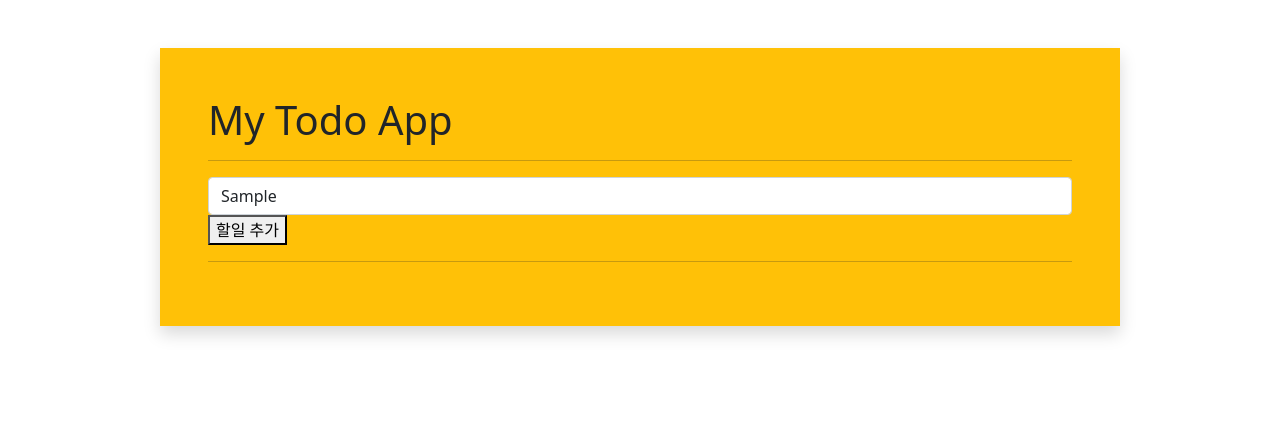
Repository: ineble/demo1
Page: http://localhost/test/todo.jsp
An editor plug-in stored every save of this project. The page is shown before and after the next save, followed by the edit.
The browser window is 1280 px wide. The pictures show the whole page.
Empty fields were first filled with sample values (such as "Sample", 5 or name@example.com).
After loading, the first visible `button` was clicked once.
The page is served by Tomcat 10. Other server files are loaded and not shown.

Above is the page before, as saved 2022-08-03 13:05:46.
Console error: TypeError: Cannot read properties of undefined (reading 'name')

### test/src/main/webapp/todo.jsp
<%@ page language="java" contentType="text/html; charset=EUC-KR"
    pageEncoding="EUC-KR"%>
<!DOCTYPE html>
<html>
<head>
<meta charset="EUC-KR">
<title>Insert title here</title>
<link href="https://cdn.jsdelivr.net/npm/bootstrap@5.0.2/dist/css/bootstrap.min.css" rel="stylesheet" integrity="sha384-EVSTQN3/azprG1Anm3QDgpJLIm9Nao0Yz1ztcQTwFspd3yD65VohhpuuCOmLASjC" crossorigin="anonymous">
</head>
<script type="text/javascript">
	function add() {
		let todo = document.div.name.value;
		let list = document.getElementById("todolist");
		let listitem = document.createElement("li")
		listitem.className = "d-flex list-group-item list-group-item-action list-group-item-warning";
		listitem.innerText = todo.value;
		list.appendChild(listitem);
	}
</script>
<body>
	<div class="container bg-warning shadow mx-auto mt-5 p-5 w-75">
	<h1>My Todo App</h1>
	<hr>
	<div id="todoForm">
	<input type="text" placeholder="할일을 입력하세요." class="form-control" name="todo">
	<button type="button" onclick="add()">할일 추가</button>
	</div>
	<hr>
	<ul id="todolist"></ul>
	</div>
</body>
</html>

After the next save:
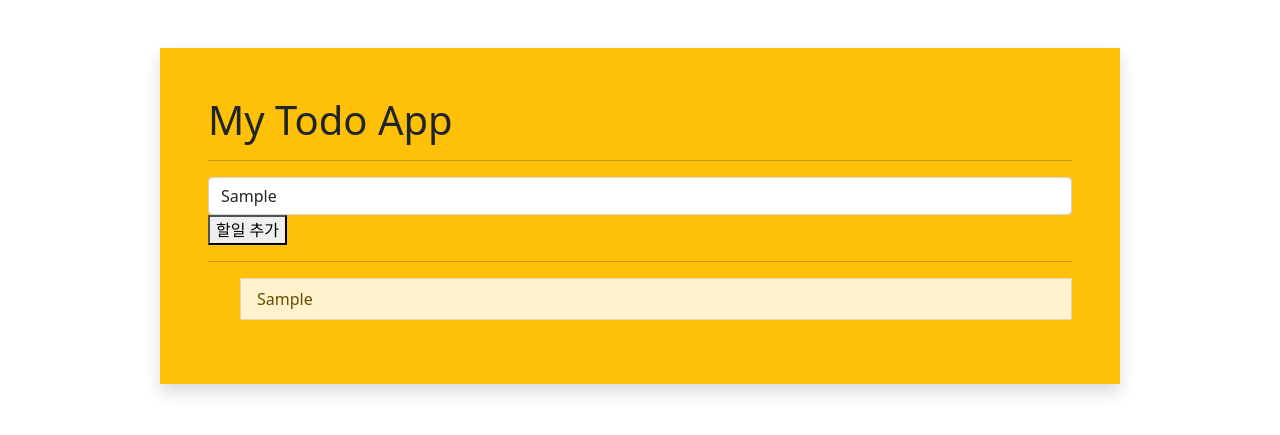
The error is gone.
Saved 28 s later.
--- a/test/src/main/webapp/todo.jsp
+++ b/test/src/main/webapp/todo.jsp
@@ -9,7 +9,7 @@
 </head>
 <script type="text/javascript">
 	function add() {
-		let todo = document.div.name.value;
+		let todo = document.getElementById("item");
 		let list = document.getElementById("todolist");
 		let listitem = document.createElement("li")
 		listitem.className = "d-flex list-group-item list-group-item-action list-group-item-warning";
@@ -22,7 +22,7 @@
 	<h1>My Todo App</h1>
 	<hr>
 	<div id="todoForm">
-	<input type="text" placeholder="할일을 입력하세요." class="form-control" name="todo">
+	<input type="text" placeholder="할일을 입력하세요." class="form-control"id="item">
 	<button type="button" onclick="add()">할일 추가</button>
 	</div>
 	<hr>
